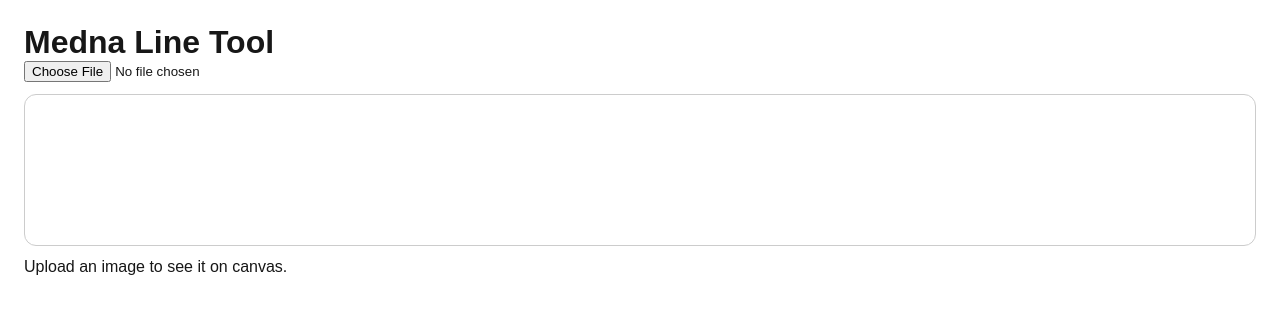
Repository: Sumaiya43/medna-tools
Page: /
These files come from the project's save history. The page is drawn as it stood at one moment and after the next save; the edit follows.
The browser window is 1280 px wide. The pictures show the whole page.
The project was rebuilt for these pictures with package versions that can differ from the ones it lists, and the page was loaded fresh each time. The framework's server and built-in components were replaced by stand-ins that run in the browser. Also part of the build but not shown: next.config.mjs, src/app/page.module.css.

Above is the page before, as saved 2026-02-26 02:38:03.

After the next save:
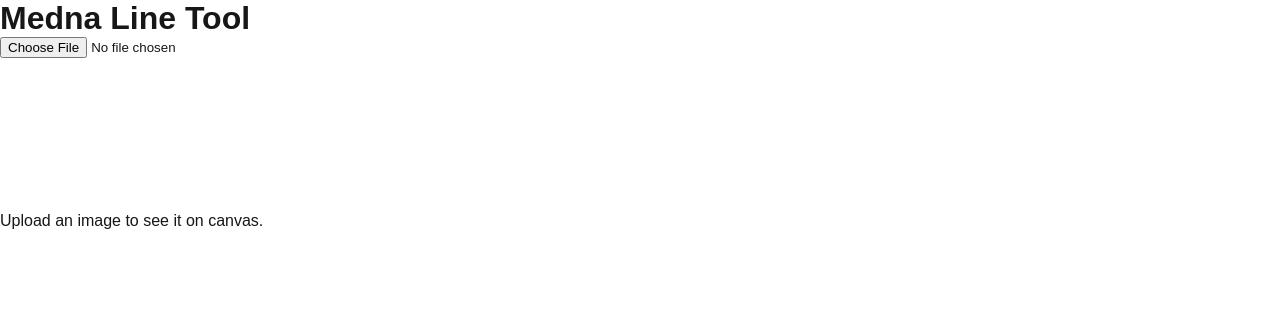
Saved 26 s later.
--- a/src/app/page.js
+++ b/src/app/page.js
@@ -1,5 +1,4 @@
 "use client";
-import style from "./page.module.css";
 
 import { useRef, useState } from "react";
 
@@ -14,14 +13,10 @@ export default function Home() {
     const ctx = canvas.getContext("2d");
     if (!ctx) return;
 
-    // Make canvas same size as image
     canvas.width = image.width;
     canvas.height = image.height;
 
-    // Clear old drawings
     ctx.clearRect(0, 0, canvas.width, canvas.height);
-
-    // Draw image
     ctx.drawImage(image, 0, 0);
   }
 
@@ -40,28 +35,21 @@ export default function Home() {
   }
 
   return (
-    <main className={style.main} style={{ padding: 24, fontFamily: "Arial" }}>
-      <h1>Medna Line Tool</h1>
+    <main className="page">
+      <h1 className="title">Medna Line Tool</h1>
 
-      <input type="file" accept="image/*" onChange={handleUpload} />
+      <input
+        className="upload"
+        type="file"
+        accept="image/*"
+        onChange={handleUpload}
+      />
 
-      <div
-        style={{
-          marginTop: 12,
-          border: "1px solid #ccc",
-          borderRadius: 12,
-          overflow: "auto",
-        }}
-      >
-        <canvas
-          ref={canvasRef}
-          style={{ display: "block", maxWidth: "100%" }}
-        />
+      <div className="canvasBox">
+        <canvas ref={canvasRef} className="canvas" />
       </div>
 
-      {!imgObj && (
-        <p style={{ marginTop: 12 }}>Upload an image to see it on canvas.</p>
-      )}
+      {!imgObj && <p className="note">Upload an image to see it on canvas.</p>}
     </main>
   );
 }
